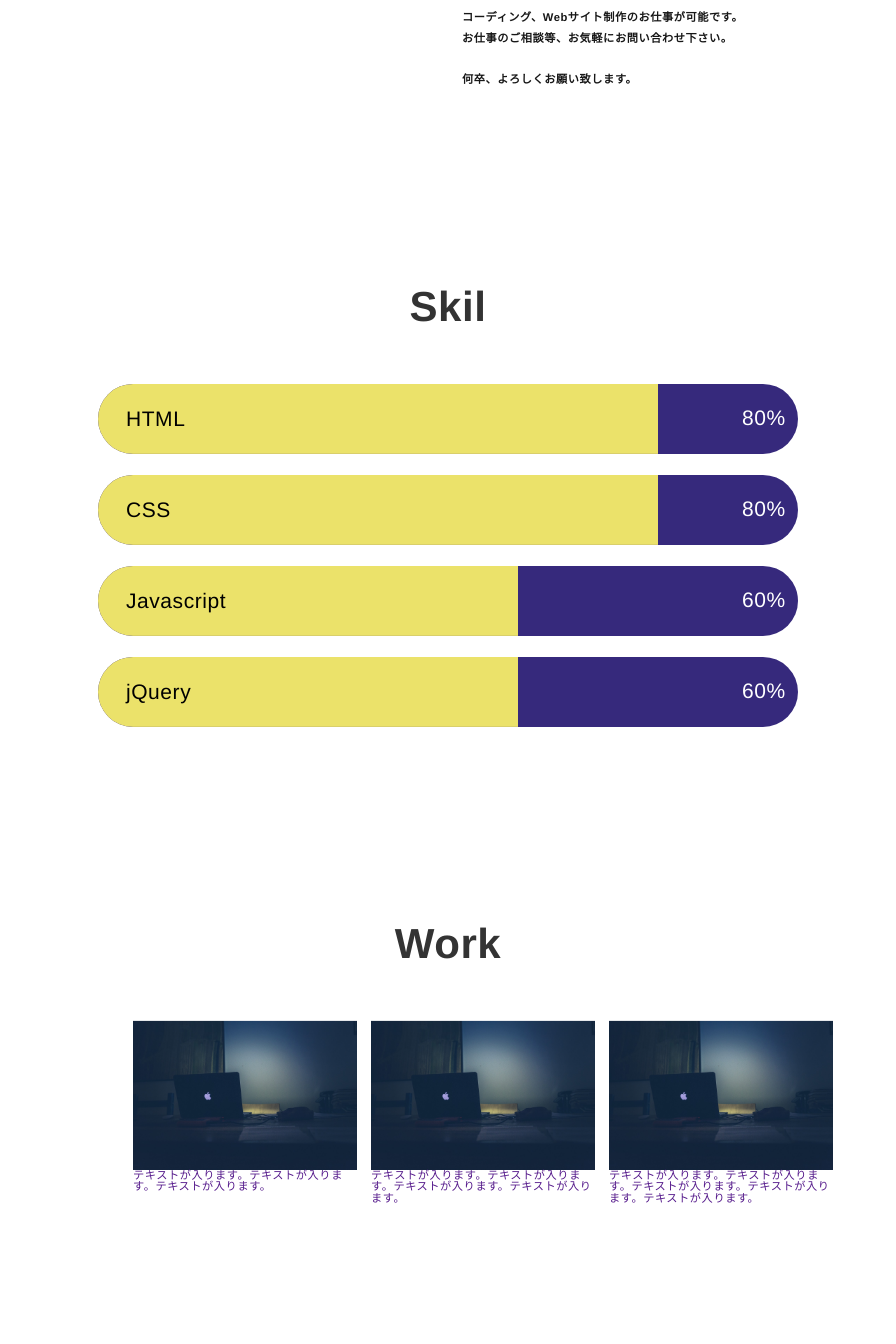
Repository: sadayuki15/portfolio
Page: index.html
An editor plug-in stored every save of this project. The page is shown before and after the next save, followed by the edit.
The browser window is 1280 px wide. The pictures show the part of the page from y = 1328 to 3248 px (the page is 3248 px tall), at 70% of full size.

Above is the page before, as saved 2021-04-22 16:05:44.

### index.html
<!DOCTYPE html>
<html lang="ja">
<head>
  <meta charset="UTF-8">
  <meta http-equiv="X-UA-Compatible" content="IE=edge">
  <meta name="viewport" content="width=device-width, initial-scale=1.0">
  <link rel="stylesheet" href="./css/reset.css">
  <link rel="stylesheet" href="./css/style.css">
  <title>Document</title>
</head>
<body>
  <!-- header -->
  <header class="header">
    <div class="header-inner">
      <h1 class="header-title">PortFolio</h1>
      <nav class="header-nav">
        <ul class="nav-list">
          <li class="nav-item"><a href="#">Home</a></li>
          <li class="nav-item"><a href="#">About</a></li>
          <li class="nav-item"><a href="#">Skil</a></li>
          <li class="nav-item"><a href="#">Work</a></li>
          <li class="nav-item"><a href="#">Contact</a></li>
        </ul>
      </nav>
    </div>
  </header>
  <!-- //header -->

  <main>
  <!-- fv -->
  <div class="fv">
    <div class="main-copy">
      <p class="main-title">
        SADAYUKI<br>
        NISIYAMA
      </p>
    </div>
  </div>
  <!-- //fv -->

  <!-- About -->
  <div class="section-wrapper">
    <h2 class="section-title">ABOUT</h2>
    <div class="section-inner about">
      <div class="about-img-wrapper">
        <img src="" alt="">
      </div>
      <div class="about-contents">
        <p class="about-text">
          はじめまして、西山禎侑と申します。
        </p>
        <p class="about-text">
          1986年生まれ。鳥取県八頭郡出身。
        </p>
        <p class="about-text">
          地元の大学卒業後、民間企業へ入社。11年間、個人から法人までの営業、事務、企画等（主に金融業務）を経験し退職。
        </p>
        <p class="about-text">
          2021年2月より完全未経験からプログラミングを学習し、フリーランスエンジニアを目指し新たな道へ挑戦。
        </p>
        <p class="about-text">
          目指すは「頼んで良かった」、「またお願いしたい」と言われる人材に。
        </p>
        <p class="about-text">
          コーディング、Webサイト制作のお仕事が可能です。<br>
          お仕事のご相談等、お気軽にお問い合わせ下さい。
        </p>
        <p class="about-text">
          何卒、よろしくお願い致します。
        </p>
      </div>
    </div>
  </div>
  <!-- //About -->

  <!-- skil -->
  <div class="section-wrapper">
    <h2 class="section-title">Skil</h2>
    <div class="section-inner">
      <div class="chart">
        <div id="board">
          <div class="row">
            <span class="label">HTML</span>
            <div class="bar-wrap">
              <div class="bar" data-value="80"></div>
            </div>
            <span class="number">80%</span>
          </div><!-- row -->
          <div class="row">
            <span class="label">CSS</span>
            <div class="bar-wrap">
              <div class="bar" data-value="80"></div>
            </div>
            <span class="number">80%</span>
          </div><!-- row -->
          <div class="row">
            <span class="label">Javascript</span>
            <div class="bar-wrap">
              <div class="bar" data-value="60"></div>
            </div>
            <span class="number">60%</span>
          </div><!-- row -->
          <div class="row">
            <span class="label">jQuery</span>
            <div class="bar-wrap">
              <div class="bar" data-value="60"></div>
            </div>
            <span class="number">60%</span>
          </div><!-- row -->
        </div><!-- board -->
      </div><!-- chart -->
    </div>
  </div>
  <!-- //skil -->

  <!-- works -->
  <div class="section-wrapper">
    <h2 class="section-title">Work</h2>
    <div class="section-inner">
      <ul class="work-list">
        <li class="work-item">
          <a href="">
            <div class="work-img">
              <img src="./img/top2.jpg" alt="">
            </div>
            <p class="work-text">テキストが入ります。テキストが入ります。テキストが入ります。</p>
          </a>
        </li>
        <li class="work-item">
          <a href="">
            <div class="work-img">
              <img src="./img/top2.jpg" alt="">
            </div>
            <p class="work-text">テキストが入ります。テキストが入ります。テキストが入ります。テキストが入ります。</p>
          </a>
        </li>
        <li class="work-item">
          <a href="">
            <div class="work-img">
              <img src="./img/top2.jpg" alt="">
            </div>
            <p class="work-text">テキストが入ります。テキストが入ります。テキストが入ります。テキストが入ります。テキストが入ります。</p>
          </a>
        </li>
      </ul>
    </div>
  </div>
  <!-- //works -->

  <!-- contact -->
  <!-- //contact -->







  </main>



  <script src="jquery-3.6.0.min.js"></script>
  <script src="index.js"></script>
</body>
</html>

### css/style.css
html {
  font-size: 62.5%;
}
body {
  font-size: 1.6rem;
  letter-spacing: .05em;
  color: #171717;
  font-family: Helvetica, '游ゴシック', 'Yu Gothic', YuGothic, HiraKakuProN-W3, 'メイリオ', Meiryo, sans-serif;
}
ul {
  text-decoration: none;
}
li {
  list-style: none;
}
a {
  text-decoration: none;
}
img {
  width: 100%;
  vertical-align: bottom;
}
/*-------共通-------*/
.section-wrapper {
  padding: 100px 0 100px;
  margin-bottom: 50px;
}
.section-title{
  max-width: 1000px;
  color: #333;
  font-size: 6rem;
  margin: 0 auto 80px;
  padding: 0 30px;
  text-align: center;
}
.section-inner {
  max-width: 1000px;
  margin: 0 auto;
  padding: 0 50px;
}


/*-------header-------*/
.header {
  width: 100%;
  padding: 19px 30px;
  position: absolute;
  top: 0;
  left: 0;
  z-index: 1;
  transition: .3s;
  color: #fff;
  box-sizing: border-box;
}
.header-inner {
  max-width: 1200px;
  margin: 0 auto;
  display: flex;
  justify-content: space-between;
  align-items: center;
  box-sizing: border-box;
}
.header-title {
  font-size: 2.6rem;
}
.nav-list {
  display: flex;
}
.nav-item a {
  display: block;
  color: #fff;
  font-weight: bold;
  text-decoration: none;
  transition: .3s;
}
.nav-item {
  margin-right: 30px;
}
.nav-item:last-of-type {
  margin-right: 0;
}
.nav-item a:hover {
  opacity: .7;
  transition: .3s;
  text-decoration: 3px underline;
}

/*-------fv-------*/
.fv {
  width: 100%;
  height: 100vh;
  min-height: 550px;
  background-image: url(../img/fv-top.jpg);
  background-size: cover;
  background-position: center;
  /* position: relative; */
}
.main-copy {
  position: absolute;
  bottom: 155px;
  left: 120px;
  color: #fff;
  font-weight: bold;
}
.main-title{
  font-size: 15rem;
  text-align: center;
}

.about{
  display: flex;
  justify-content: space-between;
  align-items: center;
}
.about-img-wrapper {
  max-width: 480px;
}
.about-text {
  max-width: 480px;
  margin-bottom: 30px;
  line-height: 1.8;
  font-weight: bold;
}

/*-------skil-------*/
.content {
  width: 100%;
  height: 200px;
  line-height: 200px;
  text-align: center;
}
.chart {
  max-width: 1000px;
  margin: 0 auto;
}
.chart .row {
  position: relative;
  height: 100px;
  margin-bottom: 25px;
}
.chart .row span {
  color: #000;
  font-size: 1.8rem;
}
.chart .row span.label {
  position: absolute;
  top: 35px;
  left: 3%;
  padding-left: 10px;
  text-align: left;
  line-height: 30px;
  z-index: 10;
}
.chart .row .bar-wrap {
  position: relative;
  background: #36297c;
  width: 100%;
  height: 100%;
  overflow: hidden;
  border-radius: 50px;
}
.chart .row .bar-wrap .bar {
  position: absolute;
  top: 0;
  left: 0;
  height: 100%;
  background: #ebe26a;
  transition: all 1s;
  transform: translateX(-100%);
}
.chart .row .bar-wrap .bar.no {
  transform: translateX(0%);
}
.chart .row span.number {
  position: absolute;
  top: 35px;
  right: 3%;
  width: 40px;
  padding-right: 10px;
  text-align: right;
  line-height: 28px;
  z-index: 10;
  color: #fff;
}

/*-------work-------*/
.work-list {
  width: 1000px;
  margin: 0 auto 50px;
  padding: 0 50px;
  display: flex;
  justify-content: space-between;
}
.work-item {
  width: 32%;
}
.work-item a {
  color: ;
}



/*-------media-------*/
@media screen and (min-width: 1000px) {
  .chart .row {
    margin-bottom: 30px;
  }
  .chart .row span {
    color: #000;
    font-size: 3rem;
  }
}

@media screen and (max-width: 1000px) {
  .chart .row {
    margin-bottom: 30px;
  }
  .chart .row span {
    color: #000;
    font-size: 3vw;
  }
}

### index.js
function generateChart(wrapper) {
  let values = [];

  $(wrapper + ' .bar').each(function(index, el) {
    values.push($(this).data('value'));
  });

  $(wrapper + ' .bar').each(function(index, el) {
    let bar = $(this);
    let value = bar.data('value');

    bar.width(value + '%');

    let board = $('#board');
    let boardO = board.offset().top;
    let boardH = board.height();
    let windowH = $(window).height();
    let windowS = $(window).scrollTop();

    if(windowS > boardO - windowH + (windowH / 2) && windowS < boardO + boardH - (boardH / 2)){
      bar.addClass('no');
    }
  });
}

$(window).on('scroll', function(event) {
  generateChart('#board');
});

Loaded but not shown: css/reset.css (common file); jquery-3.6.0.min.js (library)

After the next save:
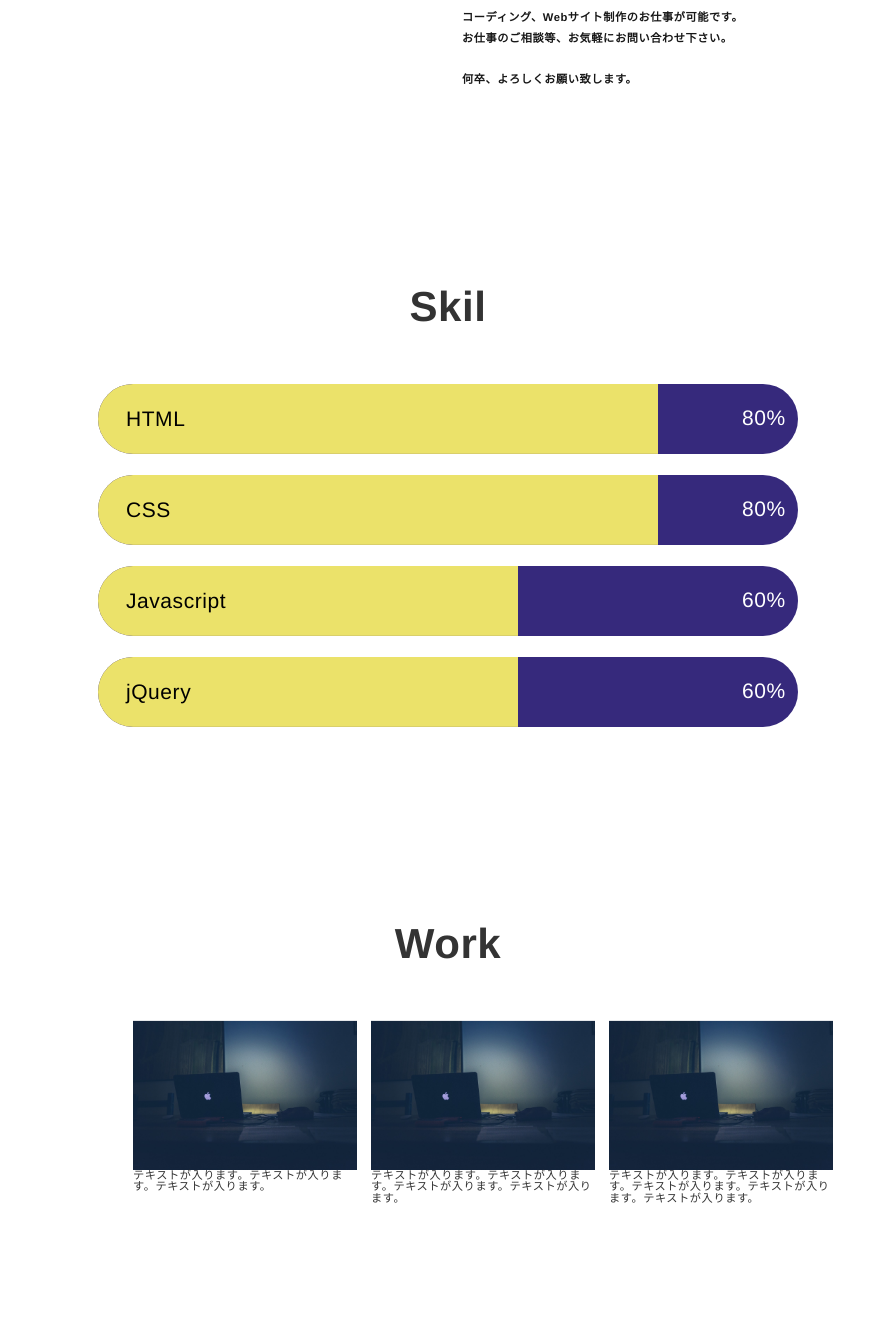
Saved 4 s later.
--- a/css/style.css
+++ b/css/style.css
@@ -195,7 +195,7 @@ img {
   width: 32%;
 }
 .work-item a {
-  color: ;
+  color: #333;
 }
 
 
